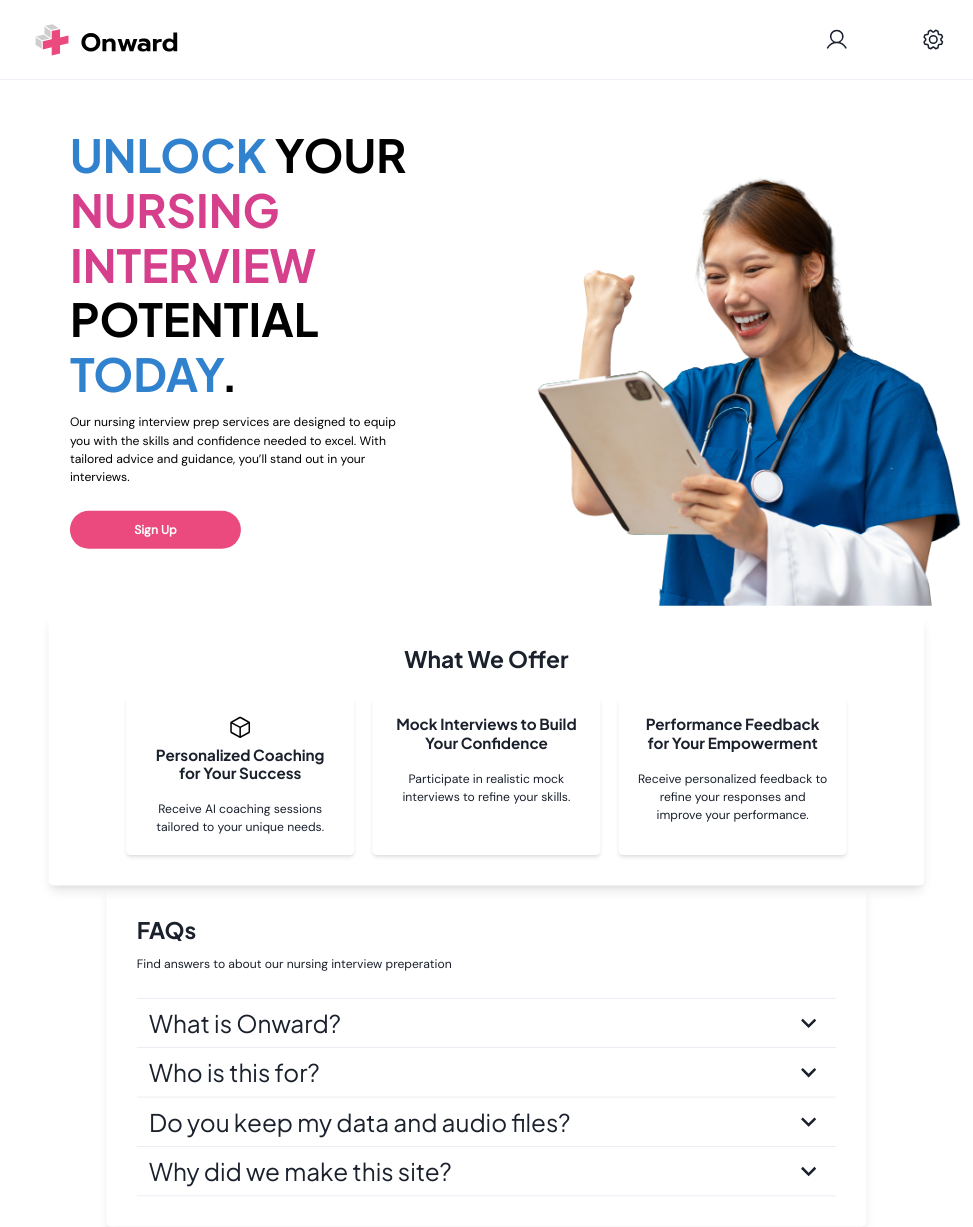
Repository: Aladdin3r/onward
Page: /landing-page
The author's editor kept a copy of each file at every save. The page is drawn from the files as they stood at one save, then again after the next save.
The browser window is 1280 px wide. The pictures show the whole page, at 76% of full size.
The project was rebuilt for these pictures with package versions that can differ from the ones it lists, and the page was loaded fresh each time. The framework's server and built-in components were replaced by stand-ins that run in the browser. Also part of the build but not shown: next.config.mjs, styles/components/AppTopNav.js, styles/components/Layout.js.

Above is the page before, as saved 2024-10-29 02:46:51.

### pages/_app.js
import { ChakraProvider } from "@chakra-ui/react";
import theme from "@/styles/theme";

function MyApp({ Component, pageProps }) {
  return (
    <ChakraProvider theme={theme}>
      <Component {...pageProps} />
    </ChakraProvider>
  );
}

export default MyApp;

### pages/_document.js
import { Html, Head, Main, NextScript } from "next/document";

export default function Document() {
  return (
    <Html lang="en">
      <Head>
        <link
          href="https://fonts.googleapis.com/css2?family=DM+Sans:wght@400&family=Plus+Jakarta+Sans:wght@400;600;700&display=swap"
          rel="stylesheet"
        />
      </Head>
      <body>
        <Main />
        <NextScript />
      </body>
    </Html>
  );
}

### pages/landing-page.js
import {
    Box,
    Flex,
    Heading,
    Text,
    Stack,
    Button,
    Accordion,
    AccordionItem,
    AccordionButton,
    AccordionPanel,
    AccordionIcon,
    Image
} from "@chakra-ui/react";
import Layout from "@/styles/components/Layout";
import TopNav from "@/styles/components/TopNav";
import AppTopNav from "@/styles/components/AppTopNav";
import { useRouter } from 'next/router';

export default function Home() {
    const router = useRouter();

    // Button action function
    const handleSignUp = () => {
        router.push('/signup'); // Navigate to the sign-up page
    };

    return (
        <>
            {/* Hero Section */}
            <TopNav />

            <Flex //hero card
                p={3}
                width="100%"
                mb={0}
                flexDirection="row"
                alignItems="center"
                justifyContent="space-between"
                gap="2rem"  // Adds a gap between text and image
            >

                <Flex //left text
                    flexDirection="column" zIndex={1}
                    ml="20"
                >
                    <Heading
                        fontFamily="heading"
                        fontSize="6xl"
                        fontWeight="bold"
                        width="88%"
                        mb={4}
                    >
                        <Text as="span" color="blue.500">UNLOCK </Text>
                        <Text as="span" color="black">YOUR </Text>
                        <Text as="span" color="pink.500">NURSING INTERVIEW </Text>
                        <Text as="span" color="black">POTENTIAL </Text>
                        <Text as="span" color="blue.500">TODAY</Text>
                        <Text as="span" color="black">. </Text>
                    </Heading>
                    <Text fontFamily="body" fontSize="x" color="black" mb={6} width="78%">
                        Our nursing interview prep services are designed to equip you with the skills and confidence needed to excel. With tailored advice and guidance, you’ll stand out in your interviews.
                    </Text>
                    <Button
                        mt="2"
                        bg="#EA4A7D"
                        color="#FFFFFF"
                        width="50%"
                        height="50px"
                        maxW="225px"
                        fontWeight="semibold"
                        fontSize="16px"
                        borderRadius="full"
                        px="6"
                        mb="6"
                    >
                        Sign Up
                    </Button>
                </Flex>

                <Box width="45%" flexShrink={0}>
                    <Image
                        src="/images/ipad-nurse.png"
                        alt="IPad Nurse"
                        width="100%"
                        height="auto"
                        objectFit="cover"


                    />
                </Box>

            </Flex>



            {/* What We Offer Section */}
            <Box p={10} textAlign="center"  borderRadius="md" boxShadow="lg" maxW="90%" mx="auto" >
                <Heading fontFamily="heading" fontSize="3xl" mb={8}>What We Offer</Heading>
                <Flex justify="center" gap={6}>
                    <Stack width="300px" borderRadius="md" boxShadow="md" p={6} textAlign="center" alignItems="center">
                        <svg xmlns="http://www.w3.org/2000/svg" width="32" height="32" fill="#000000" viewBox="0 0 256 256"><path d="M223.68,66.15,135.68,18h0a15.88,15.88,0,0,0-15.36,0l-88,48.17a16,16,0,0,0-8.32,14v95.64a16,16,0,0,0,8.32,14l88,48.17a15.88,15.88,0,0,0,15.36,0l88-48.17a16,16,0,0,0,8.32-14V80.18A16,16,0,0,0,223.68,66.15ZM128,32h0l80.34,44L128,120,47.66,76ZM40,90l80,43.78v85.79L40,175.82Zm96,129.57V133.82L216,90v85.78Z"></path></svg>
                        <Heading fontFamily="heading" fontSize="xl" mb={4}>Personalized Coaching for Your Success</Heading>
                        <Text fontFamily="body">
                            Receive AI coaching sessions tailored to your unique needs.
                        </Text>
                    </Stack>
                    <Stack width="300px" borderRadius="md" boxShadow="md" p={6} textAlign="center">
                        <Heading fontFamily="heading" fontSize="xl" mb={4}>Mock Interviews to Build Your Confidence</Heading>
                        <Text fontFamily="body">
                            Participate in realistic mock interviews to refine your skills.
                        </Text>
                    </Stack>
                    <Stack width="300px" borderRadius="md" boxShadow="md" p={6} textAlign="center">
                        <Heading fontFamily="heading" fontSize="xl" mb={4}>Performance Feedback for Your Empowerment</Heading>
                        <Text fontFamily="body">
                            Receive personalized feedback to refine your responses and improve your performance.
                        </Text>
                    </Stack>
                </Flex>
            </Box>

            {/* FAQ Section */}
            <Box p={10} borderRadius="md" boxShadow="lg" maxW="1000px" mx="auto">
                <Heading fontFamily="heading" fontSize="3xl" textAlign="left" mb={4}>FAQs</Heading>
                <Text fontFamily="body" fontSize="s" textAlign="left" mb={8}>
                    Find answers to about our nursing interview preperation
                </Text>
                <Accordion allowToggle>
                    <AccordionItem>
                        <h2>
                            <AccordionButton>
                                <Box as="span" flex="1" textAlign="left" fontFamily="heading">What is Onward?</Box>
                                <AccordionIcon />
                            </AccordionButton>
                        </h2>
                        <AccordionPanel pb={4} fontFamily="body">
                            Onward is an AI-powered personal interview coach designed for nurses to enhance their job interview skills.
                        </AccordionPanel>
                    </AccordionItem>
                    <AccordionItem>
                        <h2>
                            <AccordionButton>
                                <Box as="span" flex="1" textAlign="left" fontFamily="heading">Who is this for?</Box>
                                <AccordionIcon />
                            </AccordionButton>
                        </h2>
                        <AccordionPanel pb={4} fontFamily="body">
                            This service is designed for nurses, especially those new to the Canadian healthcare system.
                        </AccordionPanel>
                    </AccordionItem>
                    <AccordionItem>
                        <h2>
                            <AccordionButton>
                                <Box as="span" flex="1" textAlign="left" fontFamily="heading">Do you keep my data and audio files?</Box>
                                <AccordionIcon />
                            </AccordionButton>
                        </h2>
                        <AccordionPanel pb={4} fontFamily="body">
                            Yes, we securely store data as per our privacy policy to enhance your interview coaching experience.
                        </AccordionPanel>
                    </AccordionItem>
                    <AccordionItem>
                        <h2>
                            <AccordionButton>
                                <Box as="span" flex="1" textAlign="left" fontFamily="heading">Why did we make this site?</Box>
                                <AccordionIcon />
                            </AccordionButton>
                        </h2>
                        <AccordionPanel pb={4} fontFamily="body">
                            Onward aims to empower nurses by providing interview preparation tools tailored to their needs.
                        </AccordionPanel>
                    </AccordionItem>
                </Accordion>
            </Box>
        </>
    );
}

### styles/theme.js
import { extendTheme } from "@chakra-ui/react";
import { theme as chakraTheme } from "@chakra-ui/react";
import Button from './components/Button';
import { Stepper } from "@chakra-ui/react";

const fonts = {
    ...chakraTheme.fonts,
    body: "DM Sans",
    heading: "Plus Jakarta Sans",
}

const overrides = {
    ...chakraTheme,
    fonts,
    components: {
        Button: {
            ...Button,
        },
    },
    fontWeights: {
        normal: 400,
        medium: 500,
        bold: 700,
    },
    fontSizes: {
        xxs: "14pt",
        xs: "16pt",
        sm: "20pt",
        md: "24pt",
        lg: "32pt",
    },
    colors: {
       brand: {
        blushPink: "#EA4A7D",
        pastelBlue: "#CBD5FF",
        blueberryCreme: "#EBEFFF",
        frostWhite: "#FAFAFA",
        nightBlack: "#1f1f1f",
        platinum: "#e2e2e2",
        confirmationGreen: "#61CD3D",
        imperialRed: "EA4A4D",
        canaryYellow: "#EAE84A",
        oceanBlue: "#214DDF",
        pureWhite: "#FFFFFF"
        }
    },
    styles: {
        global: {
            body: {
                bg: "frostWhite",
            },
        },
    },
}

const customTheme = extendTheme(overrides);

export default customTheme;

### styles/components/TopNav.js
'use client'
import {
    Box,
    Flex,
    useColorModeValue,
    IconButton,
    Image,
    Link,
} from "@chakra-ui/react";
import { User, Gear } from "@phosphor-icons/react";

export default function TopNav() {
    const bgColor = useColorModeValue('#fff', 'brand.nightBlack');

    return (
        <Box bg={bgColor} px={4} borderBottom="1px solid #E6EAF2">
            <Flex h={"104px"} alignItems={'center'} justifyContent={'space-between'}>
                <Box fontSize={{ base: 'md', md: 'lg' }}>
                    <Link href="/">
                        <Image src="logo.svg" boxSize="253px" alt="Onward Logo" style={{ padding: "30px" }} />
                    </Link>
                </Box>
                <Flex alignItems={'center'}>
                    <Link href="/user">
                        <IconButton
                            aria-label="User settings"
                            icon={<User />}
                            variant="ghost"
                            mr="55px"
                        />
                    </Link>
                    <Link href="/settings">
                        <IconButton
                            aria-label="Settings"
                            icon={<Gear />}
                            variant="ghost"
                        />
                    </Link>
                </Flex>
            </Flex>
        </Box>
    );
}

### styles/components/Button.js
const Button = {
    baseStyle: {
      display: 'flex',
      borderRadius: '999px',
      fontFamily: 'DM Sans',
      _hover: {
        boxShadow: '0px 4px 4px 0px rgba(0, 0, 0, 0.45)',
      },
      padding: 3,
    },
    sizes: {
      xs: {
        fontSize: ['12pt', '14pt', '16pt'], // Responsive font sizes for xs
        px: [2, 3], // Responsive padding
      },
      sm: {
        fontSize: ['14pt', '16pt', '20pt'],
        px: [2, 4],
      },
      md: {
        fontSize: ['16pt', '20pt', '24pt'],
        px: [3, 5],
      },
      lg: {
        fontSize: ['20pt', '28pt', '32pt'],
        px: [4, 6],
      },
    },
    variants: {
      lgPrimary: {
        bg: 'brand.blushPink',
        color: 'brand.frostWhite',
        width: ['100%', '325px'], // 100% width on smaller screens
        height: '72px',
        fontSize: ['20pt', '28pt', '32pt'], // Responsive font size
        borderRadius: '999px',
      },
      mdPrimary: {
        bg: 'brand.blushPink',
        color: 'brand.frostWhite',
        width: ['100%', '225px'],
        height: '72px',
        fontSize: ['16pt', '20pt', '24pt'],
        borderRadius: '999px',
      },
      smPrimary: {
        bg: 'brand.blushPink',
        color: 'brand.frostWhite',
        width: ['100%', '150px'],
        height: '64px',
        fontSize: ['14pt', '16pt', '20pt'],
        borderRadius: '999px',
      },
      xsPrimary: {
        bg: 'brand.blushPink',
        color: 'brand.frostWhite',
        width: ['100%', '117px'],
        height: '32px',
        fontSize: ['12pt', '14pt', '18pt'],
        borderRadius: '999px',
      },
      lgSecondary: {
        bg: 'brand.platinum',
        color: 'brand.nightBlack',
        width: ['100%', '325px'],
        height: '72px',
        fontSize: ['20pt', '28pt', '32pt'],
        borderRadius: '999px',
        _hover: {
          bg: 'brand.blushPink',
          color: 'brand.frostWhite',
          boxShadow: '0px 4px 4px 0px rgba(0, 0, 0, 0.45)',
        },
      },
      mdSecondary: {
        bg: 'brand.platinum',
        color: 'brand.nightBlack',
        width: ['100%', '225px'],
        height: '72px',
        fontSize: ['16pt', '20pt', '24pt'],
        borderRadius: '999px',
        _hover: {
          bg: 'brand.blushPink',
          color: 'brand.frostWhite',
          boxShadow: '0px 4px 4px 0px rgba(0, 0, 0, 0.45)',
        },
      },
      smSecondary: {
        bg: 'brand.platinum',
        color: 'brand.nightBlack',
        width: ['100%', '150px'],
        height: '64px',
        fontSize: ['14pt', '16pt', '20pt'],
        borderRadius: '999px',
        _hover: {
          bg: 'brand.blushPink',
          color: 'brand.frostWhite',
          boxShadow: '0px 4px 4px 0px rgba(0, 0, 0, 0.45)',
        },
      },
      xsSecondary: {
        bg: 'brand.platinum',
        color: 'brand.nightBlack',
        width: ['100%', '117px'],
        height: '32px',
        fontSize: ['12pt', '14pt', '18pt'],
        borderRadius: '999px',
        _hover: {
          bg: 'brand.blushPink',
          color: 'brand.frostWhite',
          boxShadow: '0px 4px 4px 0px rgba(0, 0, 0, 0.45)',
        },
      },
    },
  };

  export default Button;

### styles/components/SideNav.js
import { useState } from "react";
import PropTypes from "prop-types";
import Link from "next/link";
import { Box, Flex, Text, VStack, Image } from "@chakra-ui/react";
import { ChalkboardTeacher, ClockCounterClockwise, UserSound, Presentation, User, Gear } from "@phosphor-icons/react";

// Define each variant and associated icon, label, and path(s)
const variants = {
  default: {
    label: "Dashboard",
    icon: <UserSound size={32} />,
    path: "/"
  },
  variant2: {
    label: "Mock Interview",
    icon: <ChalkboardTeacher size={32} />,
    path: "/mock-interview"
  },
  variant3: {
    label: "Practice Interview",
    icon: <Presentation size={32} />,
    path: [
      "/practice-interview",
      "/practice-interview-filter",
      "/practice-interview-questions",
      "/practice-interview-answer",
      "/practice"
    ]
  },
  variant4: {
    label: "History",
    icon: <ClockCounterClockwise size={32} />,
    path: "/history"
  },
};

// Define the bottom section items with default values
const defaultBottomVariants = {
  account: {
    label: "Account",
    icon: <User size={18} />,
    path: "/account"
  },
  settings: {
    label: "Settings",
    icon: <Gear size={18} />,
    path: "/settings"
  },
  signOut: {
    label: "Sign Out",
    icon: null,
    path: "/"
  }
};

// Main SideNavBar component
export const SideNavBar = ({ activeVariant, bottomVariants = defaultBottomVariants }) => {
  return (
    <Flex
      bg="brand.blueberryCreme"
      height="100vh"
      width="280px"
      position="fixed"
      flexDir="column"
    >
      {/* logo box */}
      <Box fontSize={{ base: 'sm', md: 'md' }} mt="1rem">
        <Link href="/">
          <Image src="logo.svg" alt="Onward Logo" style={{ padding: "0.6rem" }} width="100%" />
        </Link>
      </Box>

      {/* nav menu */}
      <Box mt="1.5rem" overflow="hidden">
        <VStack align="flex-start" spacing={2} width="100%" ml="10%">
          {variants && Object.keys(variants).map((variant) => {
            const isActive = activeVariant === variant;
            return (
              <Link href={Array.isArray(variants[variant].path) ? variants[variant].path[0] : variants[variant].path} key={variant} passHref>
                <Flex
                  align="center"
                  cursor="pointer"
                  width="280px"
                  bg={isActive ? "brand.blushPink" : "none"} // Active background
                  color={isActive ? "brand.frostWhite" : "initial"} // Active text color
                  p={3}
                  borderLeftRadius="26px"
                  transition="transform 0.5s ease-in-out, background-color 0.4s, color 0.4s"
                  _hover={{
                    bg: "brand.blushPink",
                    color: "brand.frostWhite",
                    borderRadius: "26px 0 0 26px",
                    transition: "background-color 0.3s, transform 0.3s",
                  }}
                >
                  <Box pl={isActive ? "5rem" : 0} mr={4}>
                    {variants[variant].icon}
                  </Box>
                  <Text fontFamily="body" fontSize="18px" fontWeight="bold">
                    {variants[variant].label}
                  </Text>
                </Flex>
              </Link>
            );
          })}
        </VStack>
      </Box>

      {/* Bottom Section for Account, Settings, and Sign Out Links */}
      <Box mb={2} mt="13rem" width="100%">
        <VStack width="100%" align="flex-end">
          {bottomVariants && Object.keys(bottomVariants).map((variant) => {
            const isActive = activeVariant === variant;
            return (
              <Link
                href={bottomVariants[variant].path}
                key={variant}
                passHref
              >
                <Flex
                  align="center"
                  cursor="pointer"
                  width="100%"
                  height="1.3rem"
                  bg={isActive ? "brand.blushPink" : "none"} // Active background
                  color={isActive ? "brand.frostWhite" : "initial"} // Active text color
                  borderRadius="md"
                  pr="1.5rem"
                  transition="transform 0.3s ease-in-out, background-color 0.3s, color 0.3s"
                  _hover={{
                    color: "brand.blushPink",
                    borderRadius: "26px 0 0 26px",
                    transition: "background-color 0.3s, transform 0.3s",
                  }}
                >

                  <Box mr={3}>
                    {bottomVariants[variant].icon}
                  </Box>
                  <Text fontFamily="body" fontSize="18px" fontWeight="regular" textAlign="left"
                    textDecoration={variant === 'signOut' ? 'underline' : 'none'}
                  >
                    {bottomVariants[variant].label}
                  </Text>
                </Flex>
              </Link>
            );
          })}
        </VStack>
      </Box>
    </Flex>
  );
};

SideNavBar.propTypes = {
  activeVariant: PropTypes.oneOf(["variant4", "variant2", "variant3", "default"]),
  bottomVariants: PropTypes.object, // Define bottomVariants as an optional object
};

SideNavBar.defaultProps = {
  bottomVariants: {},
};

After the next save:
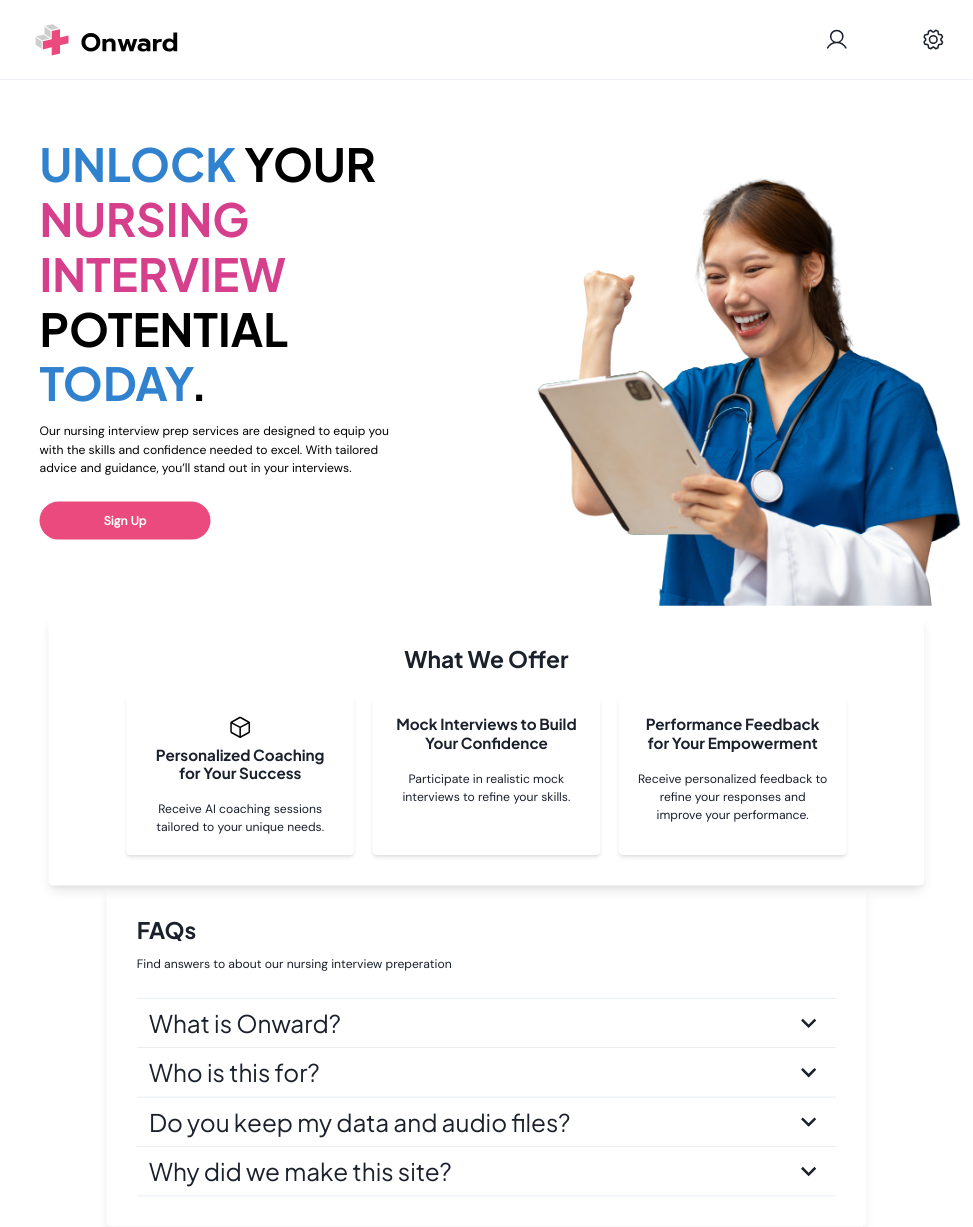
Saved 31 s later.
--- a/pages/landing-page.js
+++ b/pages/landing-page.js
@@ -42,7 +42,7 @@ export default function Home() {
 
                 <Flex //left text
                     flexDirection="column" zIndex={1}
-                    ml="20"
+                    ml="10"
                 >
                     <Heading
                         fontFamily="heading"
